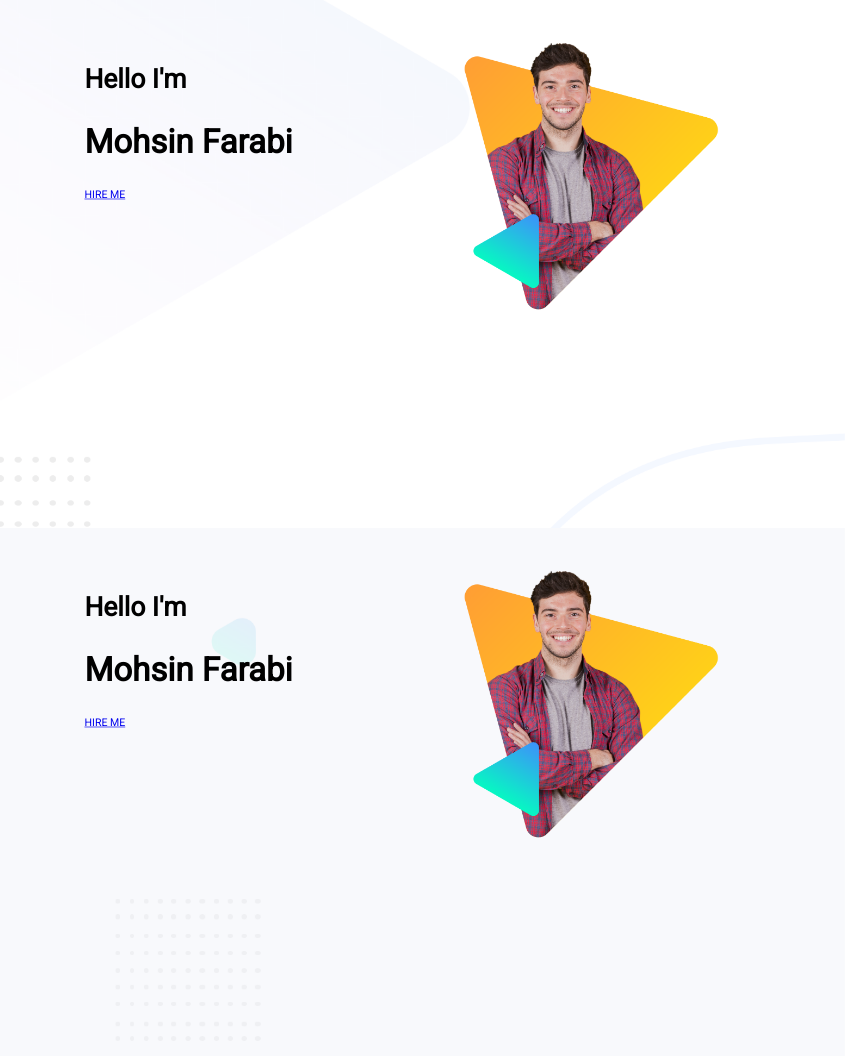
Repository: mohsinfarabi/personal-website
Page: index.html
These files come from the project's save history. The page is drawn as it stood at one moment and after the next save; the edit follows.
The browser window is 1280 px wide. The pictures show the whole page, at 66% of full size.

Above is the page before, as saved 2020-07-01 02:30:14.

### index.html
<!DOCTYPE html>
<html lang="en">

<head>
    <meta charset="UTF-8">
    <meta name="viewport" content="width=device-width, initial-scale=1.0">
    <link href="https://fonts.googleapis.com/css2?family=Roboto" rel="stylesheet">
    <link rel="stylesheet" href="style.css">
    <title>Farabi - Web Developer</title>
</head>

<body>
    <section class="header-part">
        <div class="half-width">
            <h2>Hello I'm</h2>
            <h1>Mohsin Farabi</h1>
            <a class="link-button" target="_blank" href="https://www.linkedin.com/in/mohsin-farabi-68655040/">HIRE ME</a>
        </div>
        <div class="half-width">
            <img src="images/peter.png" alt="">
        </div>
    </section>
    <section class="biography">
        <div class="half-width">
            <h2>Hello I'm</h2>
            <h1>Mohsin Farabi</h1>
            <a class="link-button" target="_blank" href="https://www.linkedin.com/in/mohsin-farabi-68655040/">HIRE ME</a>
        </div>
        <div class="half-width">
            <img src="images/peter.png" alt="">
        </div>
    </section>


</body>

</html>

### style.css
body {
    margin: 0;
    font-family: 'Roboto', sans-serif;
}

h1 {
    font-size: 50px;
}

h2 {
    font-size: 40px;
}

p {
    color: dimgray;
}

section {
    height: 800px;
}

.biography {
    background-image: url("images/biography-bg.png");
    background-repeat: no-repeat;
}

.header-part {
    background-image: url("images/header-bg.png");
    background-repeat: no-repeat;
}

.half-width {
    width: 30%;
    float: left;
    margin-left: 5%;
    padding: 5%;
}

.half-width img {
    width: 100%;
}

After the next save:
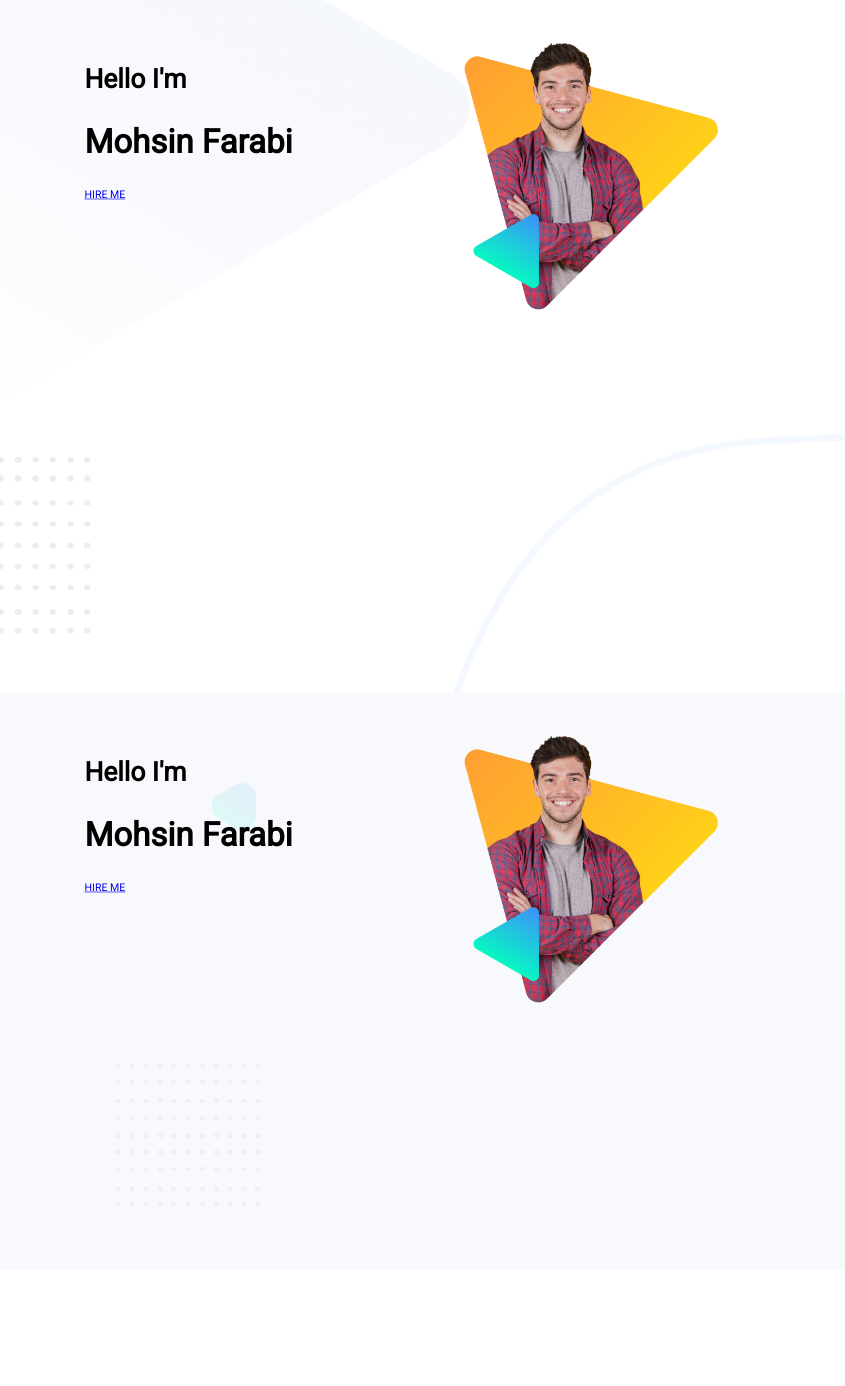
Saved 6 s later.
--- a/style.css
+++ b/style.css
@@ -17,6 +17,7 @@ p {
 
 section {
     height: 800px;
+    padding-bottom: 250px;
 }
 
 .biography {
